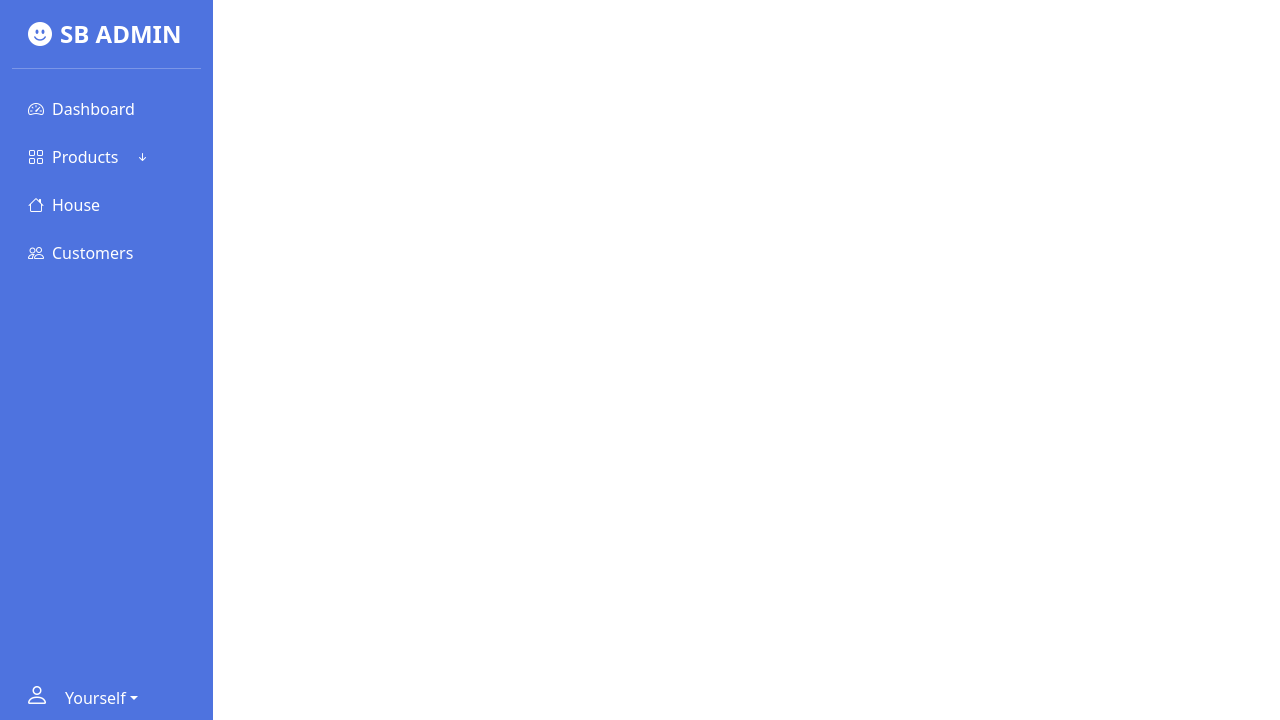
Repository: iqbalaamir/dashboard
Page: /
The author's editor kept a copy of each file at every save. The page is drawn from the files as they stood at one save, then again after the next save.
The browser window is 1280 px wide. The pictures show the whole page.
The project was rebuilt for these pictures with package versions that can differ from the ones it lists, and the page was loaded fresh each time. Also part of the build but not shown: src/App.css.

Above is the page before, as saved 2023-04-24 17:37:13.

### src/App.js
import "./App.css";
import NavbarComponent from "./components/NavbarComponent";
import Sidebar from "./components/Sidebar";
import Container from "react-bootstrap/Container";
import Row from "react-bootstrap/Row";
import Col from "react-bootstrap/Col";

function App() {
  return (
   <div style={{flex:1,flexDirection:"column"}}>
    <Sidebar/>

   </div>
  );
}

export default App;

### src/components/Sidebar.js
import React from "react";
import "bootstrap/dist/css/bootstrap.min.css";
import "bootstrap-icons/font/bootstrap-icons.css";
import "bootstrap/js/dist/dropdown";
import "bootstrap/js/dist/collapse";
import "./sidebar.css";

export default function Sidebar() {
  return (
    <div className="container-fluid">
      <div className="row">
        <div className="col-auto col-sm-2 sideNav d-flex flex-column justify-content-between min-vh-100">
          <div className="mt-3">
            <a
              className="text-decoration-none ms-3 d-flex align-items-center text-white customHeading"
              role="button"
            >
                 <i className="bi bi-emoji-smile-fill"></i>
              <span className="ms-2 d-none d-sm-inline">SB ADMIN</span>
            </a>
            <hr className="text-white d-none d-sm-block"></hr>
            <ul class="nav nav-pills flex-column mt-2 mt-sm-0" id="parentM">
              <li class="nav-item  my-1 py-2 py-sm-0">
                <a
                  class="nav-link text-white text-center text-sm-start"
                  href="#"
                  aria-current="page"
                >
                  <i className="bi bi-speedometer2"></i>
                  <span className="ms-2 d-none d-sm-inline">Dashboard</span>
                </a>
              </li>
              <li class="nav-item  my-1 py-2 py-sm-0">
                <a
                  class="nav-link text-white text-center text-sm-start"
                  href="#submenu"
                  data-bs-toggle="collapse"
                  aria-current="page"
                >
                  <i className="bi bi-grid"></i>
                  <span className="ms-2 d-none d-sm-inline">Products</span>
                  <i className="bi bi-arrow-down-short ms-0 ms-sm-3"></i>
                </a>
                <ul
                  class="nav collapse ms-2 flex-column"
                  id="submenu"
                  data-bs-parent="#parentM"
                >
                  <li class="nav-item ">
                    <a class="nav-link text-white" href="#" aria-current="page">
                      <span className="d-none d-sm-inline"> Item</span>1
                    </a>
                  </li>
                  <li class="nav-item ">
                    <a class="nav-link text-white" href="#">
                      <span className="d-none d-sm-inline"> Item</span>2
                    </a>
                  </li>
                </ul>
              </li>
              <li class="nav-item  my-1">
                <a
                  class="nav-link text-white text-center text-sm-start"
                  href="#"
                  aria-current="page"
                >
                  <i className="bi bi-house"></i>
                  <span className="ms-2 d-none d-sm-inline">House</span>
                </a>
              </li>
              <li class="nav-item text-white my-1">
                <a
                  class="nav-link text-white text-center text-sm-start"
                  href="#"
                  aria-current="page"
                >
                  <i className="bi bi-people"></i>
                  <span className="ms-2 d-none d-sm-inline">Customers</span>
                </a>
              </li>
            </ul>
          </div>
          <div class="dropdown open">
            <a
              class="btn border-none dropdown-toggle text-white"
              type="button"
              id="triggerId"
              data-bs-toggle="dropdown"
              aria-haspopup="true"
              aria-expanded="false"
            >
              <i className="bi bi-person fs-4"></i>
              <span className="f5-5 ms-3 d-none d-sm-inline">Yourself</span>
            </a>
            <div class="dropdown-menu" aria-labelledby="triggerId">
              <a class="dropdown-item" href="#">
                Profile
              </a>
              <a class="dropdown-item" href="#">
                Setting
              </a>
            </div>
          </div>
        </div>
      </div>
    </div>
  );
}

### src/components/sidebar.css
#parentM li a:hover {
    background-color: #9eacd4;

}
.sideNav{
   background-color: #4e73df;
}
.customHeading{
    font-weight: bold;
    font-size: x-large;
}

### src/components/NavbarComponent.js
import Button from 'react-bootstrap/Button';
import Container from 'react-bootstrap/Container';
import Form from 'react-bootstrap/Form';
import Nav from 'react-bootstrap/Nav';
import Navbar from 'react-bootstrap/Navbar';
import NavDropdown from 'react-bootstrap/NavDropdown';

function NavbarComponent() {
  return (
    <Navbar bg="light" expand="lg">
      <Container fluid>
        <Navbar.Brand href="#">Navbar scroll</Navbar.Brand>
        <Navbar.Toggle aria-controls="navbarScroll" />
        <Navbar.Collapse id="navbarScroll">
          <Nav
            className="me-auto my-2 my-lg-0"
            style={{ maxHeight: '100px' }}
            navbarScroll
          >
            <Nav.Link href="#action1">Home</Nav.Link>
            <Nav.Link href="#action2">Link</Nav.Link>
            <NavDropdown title="Link" id="navbarScrollingDropdown">
              <NavDropdown.Item href="#action3">Action</NavDropdown.Item>
              <NavDropdown.Item href="#action4">
                Another action
              </NavDropdown.Item>
              <NavDropdown.Divider />
              <NavDropdown.Item href="#action5">
                Something else here
              </NavDropdown.Item>
            </NavDropdown>
            <Nav.Link href="#" disabled>
              Link
            </Nav.Link>
          </Nav>
          <Form className="d-flex">
            <Form.Control
              type="search"
              placeholder="Search"
              className="me-2"
              aria-label="Search"
            />
            <Button variant="outline-success">Search</Button>
          </Form>
        </Navbar.Collapse>
      </Container>
    </Navbar>
  );
}

export default NavbarComponent;

Loaded but not shown: public/index.html (common file); src/index.js (common file); src/index.css (common file); src/reportWebVitals.js (common file)

After the next save:
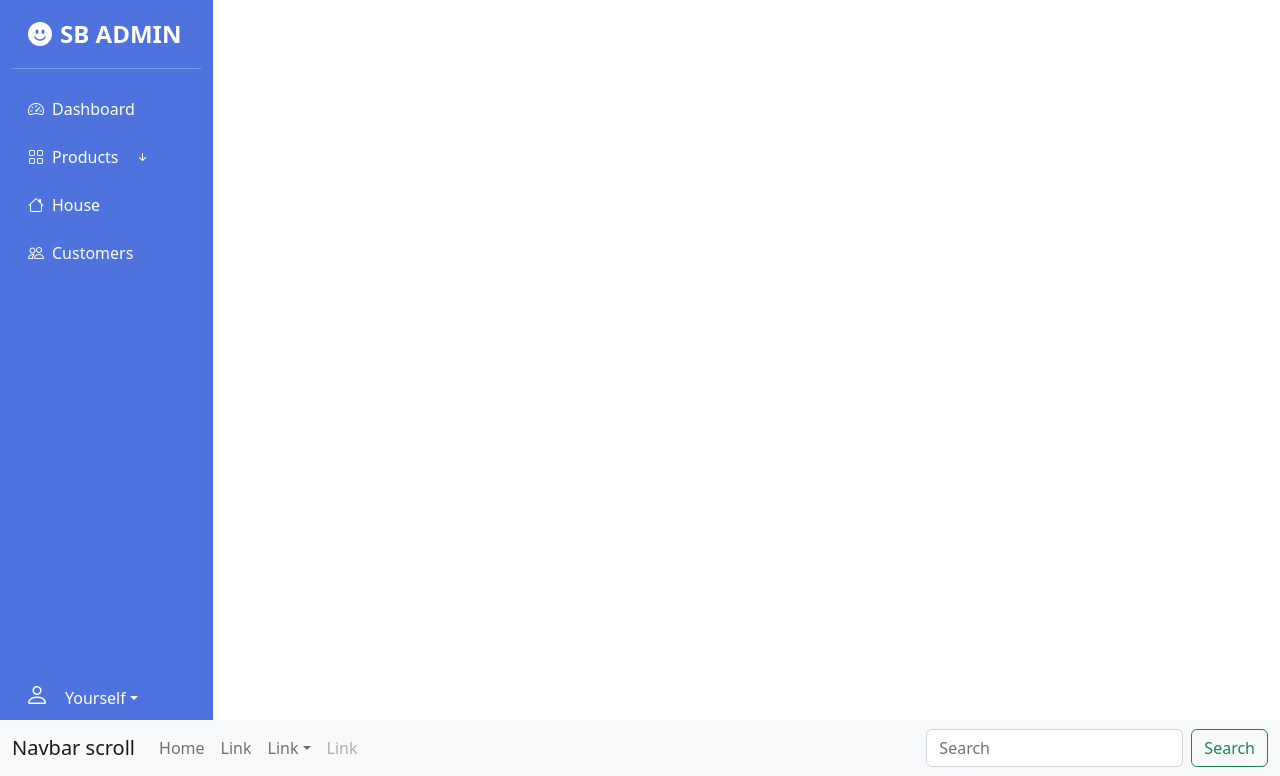
Saved 73 s later.
--- a/src/App.js
+++ b/src/App.js
@@ -7,9 +7,9 @@ import Col from "react-bootstrap/Col";
 
 function App() {
   return (
-   <div style={{flex:1,flexDirection:"column"}}>
+   <div>
     <Sidebar/>
-
+    <NavbarComponent/>
    </div>
   );
 }
